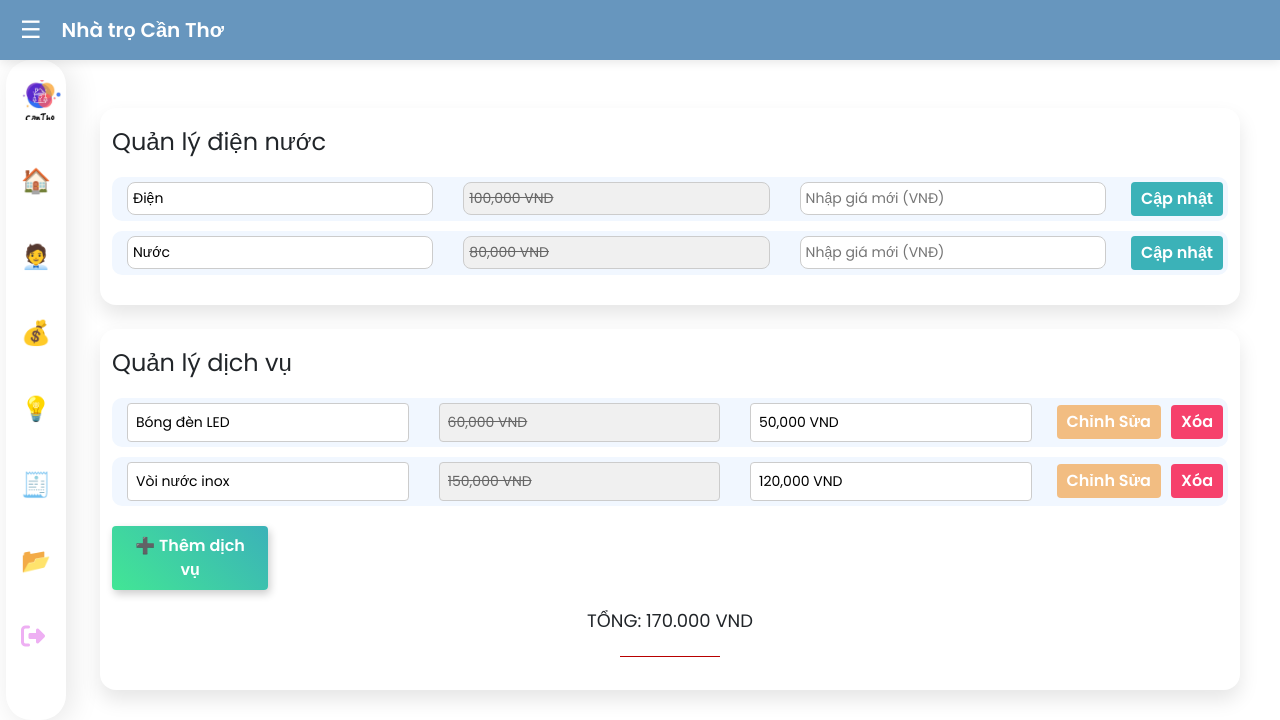
Repository: nhutty0402/DoAn02
Page: HTML/dichvu.html
The author's editor kept a copy of each file at every save. The page is drawn from the files as they stood at one save, then again after a run of saves.
The browser window is 1280 px wide. The pictures show the whole page.

Above is the page before, as saved 2025-03-21 00:19:45.

### HTML/dichvu.html
<!DOCTYPE html>
<html>
<head>
    <meta charset="utf-8">
    <meta http-equiv="X-UA-Compatible" content="IE=edge">
    <title></title>
    <meta name="description" content="">
    <meta name="viewport" content="width=device-width, initial-scale=1">
    <link rel="stylesheet" href="../css/dichvu.css">

    <!-- CSS -->
    <link href="https://cdn.jsdelivr.net/npm/bootstrap@5.3.3/dist/css/bootstrap.min.css" rel="stylesheet" integrity="sha384-QWTKZyjpPEjISv5WaRU9OFeRpok6YctnYmDr5pNlyT2bRjXh0JMhjY6hW+ALEwIH" crossorigin="anonymous">
    <link href="https://fonts.googleapis.com/css2?family=Poppins:wght@300;400;600&display=swap" rel="stylesheet">
    <link rel="stylesheet" href="https://cdnjs.cloudflare.com/ajax/libs/font-awesome/6.4.2/css/all.min.css">

    <!-- JS -->
    <script src="https://cdnjs.cloudflare.com/ajax/libs/jquery/3.7.1/jquery.min.js" integrity="sha512-v2CJ7UaYy4JwqLDIrZUI/4hqeoQieOmAZNXBeQyjo21dadnwR+8ZaIJVT8EE2iyI61OV8e6M8PP2/4hpQINQ/g==" crossorigin="anonymous" referrerpolicy="no-referrer"></script>
    <script src="https://cdn.jsdelivr.net/npm/@popperjs/core@2.11.8/dist/umd/popper.min.js" integrity="sha384-I7E8VVD/ismYTF4hNIPjVp/Zjvgyol6VFvRkX/vR+Vc4jQkC+hVqc2pM8ODewa9r" crossorigin="anonymous"></script>
    <script src="https://cdn.jsdelivr.net/npm/bootstrap@5.3.3/dist/js/bootstrap.min.js" integrity="sha384-0pUGZvbkm6XF6gxjEnlmuGrJXVbNuzT9qBBavbLwCsOGabYfZo0T0to5eqruptLy" crossorigin="anonymous"></script>
</head>

<body>
    <header class="header">
        <div class="menu-toggle">☰</div>
        <div class="header-title">Nhà trọ Cần Thơ</div>
    </header>

    <div class="sidebar">
        <div class="logo_content">
            <div class="logo">
                <div class="icon">
                    <img src="../imag/moi.jpg" alt="Logo">
                </div>
                <div class="logo_name">Xin chào, admin</div>
            </div>
        </div>
        <ul class="nav_list">
            <li><a href="menu.html"><span class="icon">🏠</span><span class="link_name">Trang chủ</span></a></li>
            <li><a href="Quanlykhachhang.html"><span class="icon">🧑‍💼</span><span class="link_name">Quản lý khách hàng</span></a></li>
            <li><a href="doanhthu.html"><span class="icon">💰</span><span class="link_name">Doanh thu</span></a></li>
            <li><a href="dichvu.html"><span class="icon">💡</span><span class="link_name">Dịch vụ</span></a></li>
            <li><a href="hoadon.html"><span class="icon">🧾</span><span class="link_name">Hóa đơn</span></a></li>
            <li><a href="quanlihopdong.html"><span class="icon">📂</span><span class="link_name">Quản lý hợp đồng</span></a></li>
            <li><a href="dangxuat.html" class="logout-link"><span class="icon"><i class="fas fa-sign-out-alt"></i></span><span class="link_name">Đăng Xuất</span></a></li>
        </ul>
    </div>

    <div class="content flex-grow-1 p-4">
        <div class="topbar d-flex justify-content-between align-items-center mb-4"></div>

        <!-- Quản lý điện nước -->
        <div class="container">
            <div class="cf-title-03">
                <h3>Quản lý điện nước</h3>
            </div>
            <div id="product-list">
                <!-- Sản phẩm mẫu được thêm trực tiếp trong HTML -->
                <div class="product">
                    <input type="text" value="Điện" placeholder="Tên sản phẩm" readonly>
                    <input type="text" value="100,000 VND" placeholder="Giá cũ (VNĐ)" readonly class="old-price">
                    <input type="text" value="" placeholder="Nhập giá mới (VNĐ)" oninput="formatCurrency(this)">
                    <div class="btn-group">
                        <button class="update-btn" onclick="updateProduct(this)">Cập nhật</button>
                    </div>
                </div>
                <div class="product">
                    <input type="text" value="Nước" placeholder="Tên sản phẩm" readonly>
                    <input type="text" value="80,000 VND" placeholder="Giá cũ (VNĐ)" readonly class="old-price">
                    <input type="text" value="" placeholder="Nhập giá mới (VNĐ)" oninput="formatCurrency(this)">
                    <div class="btn-group">
                        <button class="update-btn" onclick="updateProduct(this)">Cập nhật</button>
                    </div>
                </div>
            </div>
        </div><br>

        <!-- Quản lý dịch vụ -->
        <div class="container">
            <div class="cf-title-03">
                <h3>Quản lý dịch vụ</h3>
            </div>
            <div id="service-list">
                <!-- Dịch vụ mẫu được thêm trực tiếp trong HTML -->
                <div class="service">
                    <input type="text" value="Bóng đèn LED" placeholder="Tên sản phẩm" readonly class="product-name">
                    <input type="text" value="60,000 VND" placeholder="Giá cũ (VNĐ)" readonly class="old-price">
                    <input type="text" value="50,000 VND" placeholder="Nhập giá mới (VNĐ)" readonly class="new-price">
                    <div class="btn-group">
                        <button class="up-btn" onclick="updateService(this)">Chỉnh Sửa</button>
                        <button class="delete-btn" onclick="deleteService(this)">Xóa</button>
                    </div>
                </div>
                <div class="service">
                    <input type="text" value="Vòi nước inox" placeholder="Tên sản phẩm" readonly class="product-name">
                    <input type="text" value="150,000 VND" placeholder="Giá cũ (VNĐ)" readonly class="old-price">
                    <input type="text" value="120,000 VND" placeholder="Nhập giá mới (VNĐ)" readonly class="new-price">
                    <div class="btn-group">
                        <button class="up-btn" onclick="updateService(this)">Chỉnh Sửa</button>
                        <button class="delete-btn" onclick="deleteService(this)">Xóa</button>
                    </div>
                </div>
            </div>
            <button class="add-btn" onclick="addService()">➕ Thêm dịch vụ</button>
            <div class="cf-title-01">
                <h6>TỔNG: <span id="total-price">0 VND</span></h6>
            </div>
        </div>

    <!-- JavaScript -->
    <script>
        const toggle = document.querySelector('.menu-toggle');
        const sidebar = document.querySelector('.sidebar');
        toggle.addEventListener('click', () => {
            sidebar.classList.toggle('active');
        });

        function formatCurrency(input) {
            let value = input.value.replace(/\D/g, '');
            if (value === '') {
                input.value = '';
                return;
            }
            let number = parseInt(value, 10);
            input.value = number.toLocaleString('vi-VN') + ' VND';
        }

        function addService(name = "", price = "", oldPrice = "") {
            let serviceList = document.getElementById("service-list");
            let serviceDiv = document.createElement("div");
            serviceDiv.classList.add("service");
            serviceDiv.innerHTML = `
                <input type="text" value="${name}" placeholder="Tên sản phẩm">
                <input type="text" value="${oldPrice ? parseInt(oldPrice).toLocaleString('vi-VN') + ' VND' : ''}" placeholder="Giá cũ (VNĐ)" readonly class="old-price">
                <input type="text" value="${price}" placeholder="Nhập giá mới (VNĐ)" oninput="formatCurrency(this)">
                <div class="btn-group">
                    <button class="update-btn" onclick="updateService(this)">Cập nhật</button>
                    <button class="delete-btn" onclick="deleteService(this)">Xóa</button>
                </div>
            `;
            serviceList.appendChild(serviceDiv);
        }

        function updateProduct(button) {
            let productDiv = button.closest(".product");
            let inputs = productDiv.querySelectorAll("input");
            if (button.innerText === "Cập nhật") {
                let name = inputs[0].value.trim();
                let price = inputs[2].value.trim().replace(/\D/g, '');
                if (name === "" || price === "") {
                    alert("Vui lòng nhập đầy đủ thông tin!");
                    return;
                }
                inputs[0].setAttribute("readonly", true);
                inputs[2].setAttribute("readonly", true);
                button.innerText = "Chỉnh sửa";
                button.classList.remove("update-btn");
                button.classList.add("edi-btn");
                alert(`Cập nhật thành công: ${name} - ${inputs[2].value}`);
            } else {
                inputs[0].removeAttribute("readonly");
                inputs[2].removeAttribute("readonly");
                button.innerText = "Cập nhật";
                button.classList.remove("edi-btn");
                button.classList.add("update-btn");
            }
        }

        function updateService(button) {
            let serviceDiv = button.closest(".service");
            let inputs = serviceDiv.querySelectorAll("input");
            if (button.innerText === "Cập nhật") {
                let name = inputs[0].value.trim();
                let price = inputs[2].value.trim().replace(/\D/g, '');
                if (name === "" || price === "") {
                    alert("Vui lòng nhập đầy đủ thông tin!");
                    return;
                }
                inputs[0].setAttribute("readonly", true);
                inputs[2].setAttribute("readonly", true);
                button.innerText = "Chỉnh sửa";
                button.classList.remove("update-btn");
                button.classList.add("edi-btn");
                alert(`Cập nhật thành công: ${name} - ${inputs[2].value}`);
            } else {
                inputs[0].removeAttribute("readonly");
                inputs[2].removeAttribute("readonly");
                button.innerText = "Cập nhật";
                button.classList.remove("edi-btn");
                button.classList.add("update-btn");
            }
        }

        function deleteService(button) {
            if (confirm("Bạn có chắc muốn xóa sản phẩm này?")) {
                button.closest(".service").remove();
            }
        }
    </script>
    <!--Tính tổng-->
    <script>
        // Hàm tính tổng giá mới và hiển thị
        function calculateTotal() {
            const newPriceInputs = document.querySelectorAll('.new-price');
            let total = 0;

            newPriceInputs.forEach(input => {
                // Lấy giá trị từ input, loại bỏ " VND" và dấu phẩy
                const priceText = input.value.replace(' VND', '').replace(/,/g, '');
                const price = parseFloat(priceText) || 0; // Chuyển thành số, nếu không hợp lệ thì trả về 0
                total += price;
            });

            // Định dạng tổng với dấu phẩy và thêm " VND"
            const formattedTotal = total.toLocaleString('vi-VN') + ' VND';
            document.getElementById('total-price').textContent = formattedTotal;
        }

        // Hàm thêm dịch vụ mới
        function addService() {
            const serviceList = document.getElementById('service-list');
            const newService = document.createElement('div');
            newService.className = 'service';
            newService.innerHTML = `
                <input type="text" placeholder="Tên sản phẩm" class="product-name">
                <input type="text" placeholder="Giá cũ (VNĐ)" class="old-price">
                <input type="text" placeholder="Nhập giá mới (VNĐ)" class="new-price" oninput="calculateTotal()">
                <div class="btn-group">
                    <button class="up-btn" onclick="updateService(this)">Chỉnh sửa</button>
                    <button class="delete-btn" onclick="deleteService(this)">Xóa</button>
                </div>
            `;
            serviceList.appendChild(newService);
            calculateTotal(); // Cập nhật tổng sau khi thêm
        }

        // Hàm chỉnh sửa dịch vụ (giữ đơn giản, chỉ cho phép chỉnh sửa và lưu)
        function updateService(button) {
            const service = button.closest('.service');
            const inputs = service.querySelectorAll('input');
            const isReadOnly = inputs[0].hasAttribute('readonly');

            if (isReadOnly) {
                // Chuyển sang chế độ chỉnh sửa
                inputs.forEach(input => input.removeAttribute('readonly'));
                button.textContent = 'Cập Nhật';
            } else {
                // Chuyển về chế độ readonly
                inputs.forEach(input => input.setAttribute('readonly', true));
                button.textContent = 'Chỉnh sửa';
                calculateTotal(); // Cập nhật tổng sau khi lưu
            }
        }

        // Hàm xóa dịch vụ
        function deleteService(button) {
            const service = button.closest('.service');
            service.remove();
            calculateTotal(); // Cập nhật tổng sau khi xóa
        }

        // Tính tổng khi trang được tải
        window.onload = calculateTotal;
    </script>
</body>
</html>

### CSS/dichvu.css
/* Reset cơ bản */
* {
  margin: 0;
  padding: 0;
  box-sizing: border-box;
  font-family: 'Poppins', sans-serif;
}

/* Thiết lập body */
body {
  min-height: 100vh;
  background: #e7e7e7;
  display: flex;
  flex-direction: column;
}

/* Header ngang */
.header {
  width: 100%;
  height: 60px;
  background: #6796be;
  color: white;
  display: flex;
  align-items: center;
  padding: 0 20px;
  box-shadow: 0 2px 10px rgba(0, 0, 0, 0.1);
  position: fixed;
  top: 0;
  z-index: 1000;
}

.menu-toggle {
  font-size: 24px;
  cursor: pointer;
  margin-right: 20px;
}

.header-title {
  font-size: 20px;
  font-weight: 600;
}

/* Sidebar dọc */
.sidebar {
  position: fixed;
  top: 60px;
  left: 0;
  height: calc(100% - 60px);
  width: 60px;
  background: #fff;
  margin-left: 6px;
  padding: 10px 5px;
  transition: width 0.3s ease;
  box-shadow: 5px 3px 30px rgba(0, 0, 0, 0.1);
  border-radius: 25px;
  z-index: 900;
}

.sidebar.active {
  width: 240px;
}

.logo_content {
  display: flex;
  align-items: center;
  height: 60px;
  padding: 0 10px;
}

.logo {
  display: flex;
  align-items: center;
  gap: 10px;
}

.logo .icon img {
  width: 40px; /* Kích thước logo nhỏ hơn và đồng đều */
  height: 40px;
  object-fit: cover; /* Đảm bảo ảnh không bị méo */
}

.logo_name {
  font-size: 18px;
  font-weight: 700;
  opacity: 0;
  transition: opacity 0.3s ease;
}

.sidebar.active .logo_name {
  opacity: 1;
}

.nav_list {
  list-style: none;
  padding-left: 0;
  margin-top: 10px;
}

.nav_list li {
  display: flex;
  align-items: center;
  height: 50px; /* Giảm height để khoảng cách đều hơn */
  margin: 26px 0; /* Khoảng cách giữa các mục */
}

.nav_list li a {
  text-decoration: none;
  color: #333;
  display: flex;
  align-items: center;
  width: 100%;
  font-weight: 700;
  padding: 0 10px; /* Khoảng cách bên trong thẻ a */
  transition: font-weight 0.3s ease, transform 0.3s ease; /* Thêm transition cho hiệu ứng */
}
.nav_list li a:hover {
  transform: scale(1.05); /* Phóng to 5% khi hover */
}
.nav_list li .icon {
  font-size: 24px; /* Icon đồng đều kích thước */
  width: 40px; /* Đảm bảo icon căn đều */
  text-align: center;
}

.link_name {
  font-size: 16px;
  opacity: 0;
  transition: opacity 0.3s ease;
}

.sidebar.active .link_name {
  opacity: 1;
}

/* Nội dung chính */
.content {
  margin-top: 60px;
  margin-left: 60px;
  padding: 20px;
  flex-grow: 1;
  transition: margin-left 0.3s ease, width 0.3s ease;
  width: calc(100% - 60px);
  max-width: calc(100vw - 60px);
}

.sidebar.active ~ .content {
  margin-left: 240px;
  width: calc(100% - 240px);
  max-width: calc(100vw - 240px);
}

/* Thanh tìm kiếm */
.search-bar {
  display: flex;
  align-items: center;
  height: 38.5px;
  margin-left: auto;
  background-color: #fff;
  border-radius: 15px;
  padding: 5px;
  box-shadow: 0px 4px 6px rgba(0, 0, 0, 0.2);
  border: 2px solid #5E3582;
}

.search-bar input {
  border: none;
  outline: none;
  padding: 5px 10px;
  border-radius: 5px;
  font-size: 14px;
  width: 90px;
  transition: width 0.3s ease;
}

.search-bar input:focus {
  width: 270px;
}

.search-bar button {
  background-color: #eeaff3;
  border: none;
  color: #1c1919;
  padding: 5px 10px;
  height: 28px;
  border-radius: 10px;
  font-size: 14px;
  cursor: pointer;
  margin-left: 5px;
  transition: background-color 0.3s ease;
}

.search-bar button:hover {
  background-color: #f186f1;
}

/* Button group */
.button-group {
  display: flex;
  gap: 5px;
  padding-left: 10px;
}

.button-group .dathue:hover {
  background: rgb(167, 222, 214);
  color: black;
}

.button-group .phongtrong:hover {
  background: rgb(246, 237, 156);
  color: black;
}

.button-group .hientatca:hover {
  background: rgba(249, 205, 158, 0.952);
  color: black;
}

/* Đăng xuất */
.logout-link {
  display: flex;
  align-items: center;
  text-decoration: none;
  color: #1c1919;
  padding: 10px 15px;
  border-radius: 8px;
  transition: background-color 0.3s ease, transform 0.3s ease;
}
/* Đăng xuất */
.logout-link {
  display: flex;
  align-items: center;
  text-decoration: none;
  color: #1c1919;
  padding: 10px 15px;
  border-radius: 8px;
  transition: background-color 0.3s ease, transform 0.3s ease, font-weight 0.3s ease; /* Thêm transition cho font-weight */
}
.logout-link .icon {
  font-size: 24px; /* Đồng đều với các icon khác */
  width: 40px;
  text-align: center;
  color: #eeaff3;
  transition: transform 0.3s ease;
}

.logout-link .link_name {
  font-size: 16px;
  font-weight: 600;
}

.logout-link:hover {
  background-color: #f6cff3;
  transform: scale(1.05);
}

.logout-link:hover .icon {
  transform: rotate(-20deg);
  color: #d94bd3;
}



/* ====================================================================================================== */
/* ======================================THÂN============================================================= */
/* ========================================================================================================= */

@import url('https://fonts.googleapis.com/css2?family=Poppins:wght@300;400;600&display=swap');

/* body {
    font-family: 'Poppins', sans-serif;
    background: linear-gradient(135deg, #89f7fe, #66a6ff);
    padding: 20px;
    text-align: center;
} */

.container {
    max-width: 600px;
    margin: auto;
    background: white;
    padding: 20px;
    border-radius: 16px;
    box-shadow: 0 10px 20px rgba(0, 0, 0, 0.1);
}

/* h2 {
    color: #333;
    font-weight: 600;
    margin-bottom: 10px;
} */

.product {
    display: flex;
    justify-content: space-between;
    align-items: center;
    padding: 5px;
    border-radius: 10px;
    background: #f1f7ff;
    margin: 10px 0;
    transition: transform 0.1s ease-in-out;
}

.product:hover {
    transform: scale(1.01);
}

.product input {
    flex: 1;
    margin: 0 10px;
    padding: 8px;
    border: 1px solid #ccc;
    border-radius: 8px;
    font-size: 14px;
    transition: all 0.3s;
}

.product input:focus {
    border-color: #007bff;
    outline: none;
    box-shadow: 0 0 5px rgba(0, 123, 255, 0.3);
}

.btn-group {
    display: flex;
    gap: 8px;
}

button {
    border: none;
    cursor: pointer;
    padding: 8px 14px;
    font-size: 14px;
    transition: 0.3s;
    border-radius: 10px;
    font-weight: bold;
}

.update-btn {
    background:  #3bb2b8;
    color: white;
    border-radius: 12px;
}
.up-btn {
  background:  #f2b876e8;
  color: white;
  border-radius: 12px;
}
.up-btn:hover{
  transform: scale(1.05);
}
.update-btn:hover{
  transform: scale(1.05);
}
.edi-btn {
    background:  #f2b876e8;
    color: white;
    border-radius: 12px;
}
.edi-btn:hover{
  transform: scale(1.05);
}
.delete-btn {
    background:  #f6416c;
    color: white;
    border-radius: 12px;
}
.delete-btn:hover{
  transform: scale(1.05);
}
.add-btn {
    width: 14%;
    font-size: 16px;
    padding: 12px;
    color: white;
    background: linear-gradient(45deg, #42e695, #3bb2b8);
    font-weight: bold;
    border-radius: 12px;
    box-shadow: 2px 4px 8px rgba(0, 0, 0, 0.2);
    transition: all 0.3s ease-in-out;
}

.add-btn:hover {
    transform: scale(1.05);
    box-shadow: 4px 6px 12px rgba(0, 0, 0, 0.3);
}
/* ============================================================================================== */
/* ===BẢNG DỊCH VỤ 2============================================================ */
/* =========================================================================================================== */
.service{
  display: flex;
  justify-content: space-between;
  align-items: center;
  padding: 5px;
  border-radius: 10px;
  background: #f1f7ff;
  margin: 10px 0;
  transition: transform 0.1s ease-in-out;
}

.service:hover {
  transform: scale(1.01);
}

.service input {
  flex: 1;
  margin: 0 10px;
  padding: 8px;
  border: 1px solid #ccc;
  border-radius: 8px;
  font-size: 14px;
  transition: all 0.3s;
}

.service input:focus {
  border-color: #007bff;
  outline: none;
  box-shadow: 0 0 5px rgba(0, 123, 255, 0.3);
}
/* ===================================================TỔNG======================================== */




.cf-title-01 h6 {
	text-align:center;
	text-transform:uppercase;
	padding-bottom:5px;
}
/* .cf-title-01 h6:before {
	width:28px;
	height:5px;
	display:block;
	content:"";
	position:absolute;
	bottom:3px;
	left:50%;
	margin-left:-14px;
	background-color:#b80000;
} */
.cf-title-01 h6:after {
	width:100px;
	height:1px;
	display:block;
	content:"";
	position:relative;
	margin-top:25px;
	left:50%;
	margin-left:-50px;
	background-color: #b80000;
}

.container {
  max-width: 800px;
  margin: 20px auto;
  padding: 20px;
}
.product, .service {
  display: flex;
  align-items: center;
  margin: 10px 0;
  gap: 10px;
}
input[type="text"] {
  padding: 5px;
  flex: 1;
}
input[readonly].old-price {
  background-color: #f0f0f0;
  color: #666;
  text-decoration: line-through;
}
.btn-group button {
  margin-left: 5px;
  padding: 5px 10px;
  cursor: pointer;
}
.add-btn {
  padding: 5px 10px;
  margin-top: 10px;
}
/* Tính tổng */
.container {
  max-width: 800px;
  margin: 0 auto;
  padding: 20px;
}

.cf-title-03 h3 {
  font-size: 24px;
  margin-bottom: 20px;
}

.service {
  display: flex;
  align-items: center;
  gap: 10px;
  margin-bottom: 10px;
}

.service input {
  padding: 8px;
  border: 1px solid #ccc;
  border-radius: 4px;
  width: 200px;
}

.btn-group {
  display: flex;
  gap: 5px;
}

.update-btn, .delete-btn, .add-btn, .up-btn{
  padding: 8px 15px;
  border: none;
  border-radius: 4px;
  cursor: pointer;
}



.cf-title-01 h6 {
  font-size: 18px;
  margin-top: 20px;
}

After the next 2 saves:
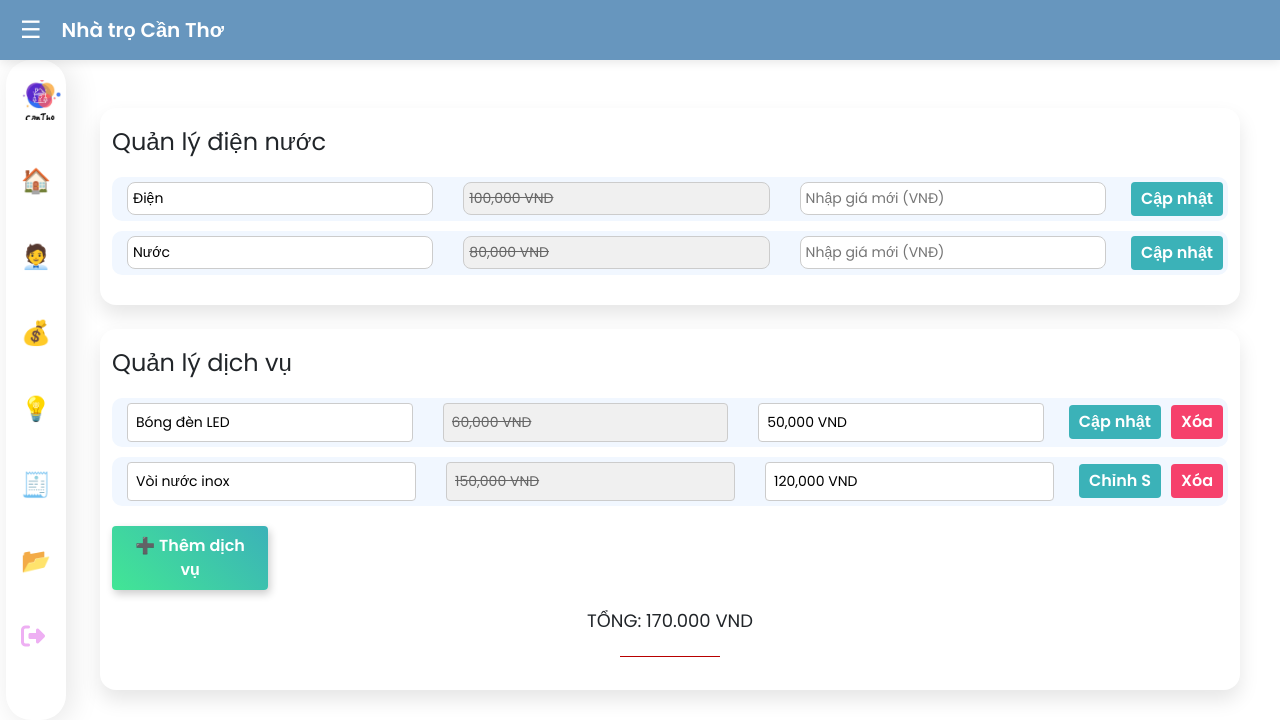
The 2 saves are shown as one change because they came seconds apart.
The last was saved 51 s later.
--- a/HTML/dichvu.html
+++ b/HTML/dichvu.html
@@ -86,7 +86,7 @@
                     <input type="text" value="60,000 VND" placeholder="Giá cũ (VNĐ)" readonly class="old-price">
                     <input type="text" value="50,000 VND" placeholder="Nhập giá mới (VNĐ)" readonly class="new-price">
                     <div class="btn-group">
-                        <button class="up-btn" onclick="updateService(this)">Chỉnh Sửa</button>
+                        <button class="update-btn" onclick="updateService(this)">Cập nhật</button>
                         <button class="delete-btn" onclick="deleteService(this)">Xóa</button>
                     </div>
                 </div>
@@ -95,7 +95,7 @@
                     <input type="text" value="150,000 VND" placeholder="Giá cũ (VNĐ)" readonly class="old-price">
                     <input type="text" value="120,000 VND" placeholder="Nhập giá mới (VNĐ)" readonly class="new-price">
                     <div class="btn-group">
-                        <button class="up-btn" onclick="updateService(this)">Chỉnh Sửa</button>
+                        <button class="update-btn" onclick="updateService(this)">Chỉnh S</button>
                         <button class="delete-btn" onclick="deleteService(this)">Xóa</button>
                     </div>
                 </div>
@@ -225,7 +225,7 @@
                 <input type="text" placeholder="Giá cũ (VNĐ)" class="old-price">
                 <input type="text" placeholder="Nhập giá mới (VNĐ)" class="new-price" oninput="calculateTotal()">
                 <div class="btn-group">
-                    <button class="up-btn" onclick="updateService(this)">Chỉnh sửa</button>
+                    <button class="update-btn" onclick="updateService(this)">Chỉnh sửa</button>
                     <button class="delete-btn" onclick="deleteService(this)">Xóa</button>
                 </div>
             `;
